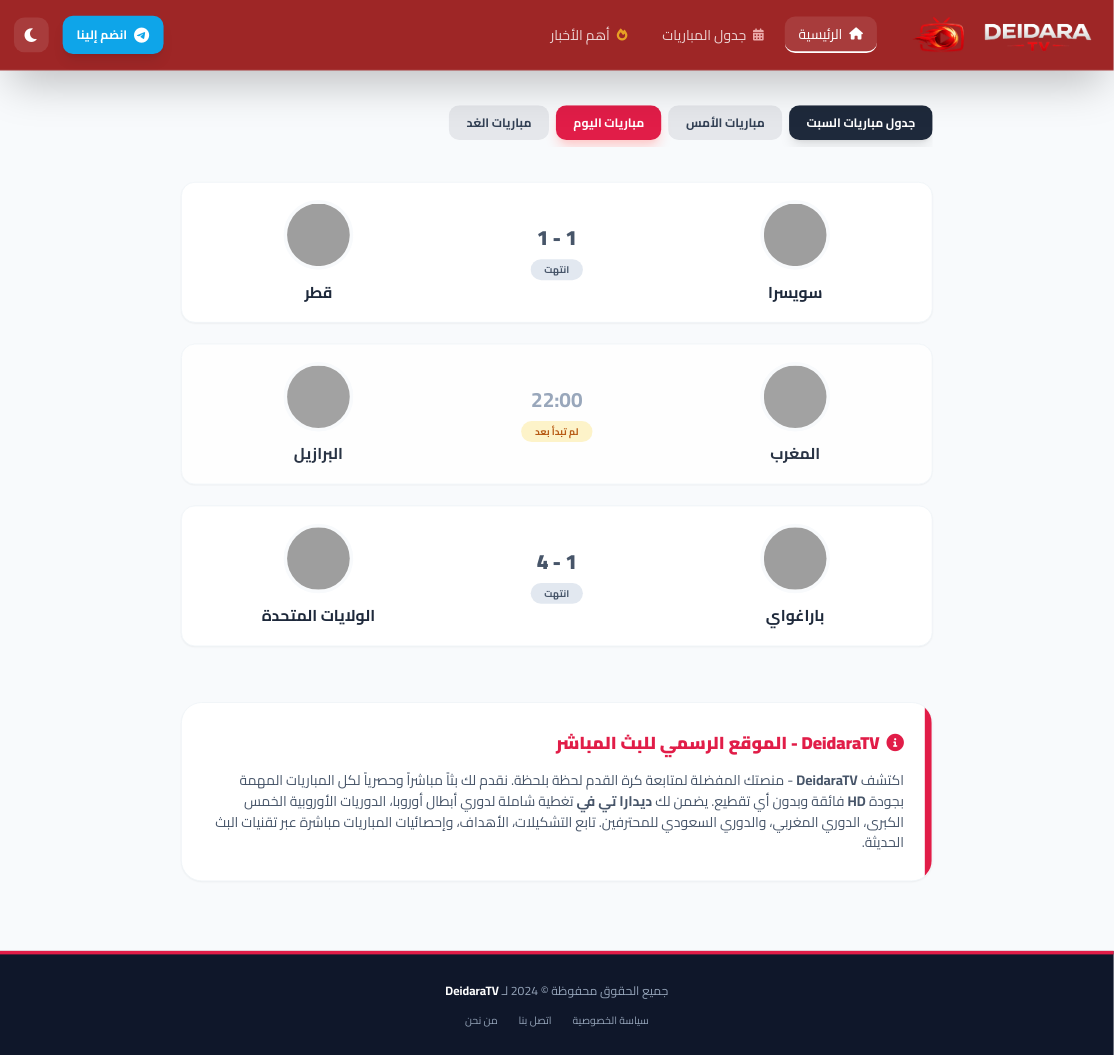
Repository: zakariax05/deidaraTV
Page: index.html
These files come from the project's save history. The page is drawn as it stood at one moment and after the next save; the edit follows.
The browser window is 1280 px wide. The pictures show the whole page, at 87% of full size.
Pictures or frames that could not be fetched are drawn as grey boxes. Some web libraries are served in a nearby version.

Above is the page before, as saved 2026-06-14 03:03:52.

### index.html
<!DOCTYPE html>
<html lang="ar" dir="rtl">

<head>
  <meta charset="UTF-8">
  <meta name="viewport" content="width=device-width, initial-scale=1.0">
  <title>DeidaraTV - ديدارا تي في | بث مباشر للمباريات</title>
  <script src="https://cdn.tailwindcss.com"></script>
  <link href="https://cdnjs.cloudflare.com/ajax/libs/font-awesome/6.0.0/css/all.min.css" rel="stylesheet">
  <style>
    @import url('https://fonts.googleapis.com/css2?family=Cairo:wght@400;600;700;900&display=swap');

    body {
      font-family: Cairo, sans-serif;
      background-color: #f8fafc;
    }

    .match-card {
      transition: all 0.3s ease;
    }

    .match-card:hover {
      box-shadow: 0 10px 20px -5px rgba(0, 0, 0, 0.1);
    }

    .bg-red-primary {
      background-color: #e11d48;
    }

    .text-red-primary {
      color: #e11d48;
    }

    .border-red-primary {
      border-color: #e11d48;
    }
  </style>
</head>

<body class="text-slate-800">

  <!-- Header / الهيدر -->
  <!-- الهيدر المطور للرئيسية - DeidaraTV -->
  <header
    class="bg-red-800 text-white shadow-2xl sticky top-0 z-[100] backdrop-blur-md bg-opacity-95 border-b border-white/10">
    <div class="container mx-auto px-4">
      <div class="flex justify-between items-center h-16 md:h-20">

        <!-- القسم الأيمن: الشعار والقائمة -->
        <div class="flex items-center gap-6 md:gap-10">
          <!-- اللوجو مع ميزة إعادة التحميل -->
          <div onclick="window.location.reload()"
            class="flex items-center gap-3 cursor-pointer group select-none transition-transform active:scale-95">
            <img src="imgs/caption logo.png" alt="DeidaraTV Logo Badge"
              class="h-8 md:h-11 w-auto object-contain transition-all">
            <img src="imgs/icon.png" alt="DeidaraTV Logo Badge"
              class="h-8 md:h-11 w-auto object-contain transition-all">

          </div>

          <!-- الروابط الأساسية (تظهر في الشاشات الكبيرة) -->
          <nav class="hidden lg:flex items-center gap-2">
            <a href="#"
              class="flex items-center gap-2 px-4 py-2 rounded-xl bg-white/10 hover:bg-white/20 transition-all border-b-2 border-white">
              <i class="fas fa-home text-sm"></i> الرئيسية
            </a>
            <a href="#"
              class="flex items-center gap-2 px-4 py-2 rounded-xl hover:bg-white/10 transition-all opacity-80 hover:opacity-100">
              <i class="fas fa-calendar-alt text-sm text-red-200"></i> جدول المباريات
            </a>
            <a href="#"
              class="flex items-center gap-2 px-4 py-2 rounded-xl hover:bg-white/10 transition-all opacity-80 hover:opacity-100">
              <i class="fas fa-fire text-sm text-amber-400"></i> أهم الأخبار
            </a>
          </nav>
        </div>

        <!-- القسم الأيسر: أيقونات التواصل والأدوات -->
        <div class="flex items-center gap-2 md:gap-4">

          <!-- زر تليجرام (مميز بلونه الخاص) -->
          <a href="#"
            class="bg-sky-500 hover:bg-sky-400 text-white p-2 md:px-4 md:py-2 rounded-xl transition-all shadow-lg flex items-center gap-2 font-bold text-sm">
            <i class="fab fa-telegram-plane text-lg"></i>
            <span class="hidden md:inline">انضم إلينا</span>
          </a>

          <!-- زر الوضع الليلي -->
          <button
            class="w-10 h-10 flex items-center justify-center rounded-xl bg-white/10 hover:bg-white/20 transition-colors">
            <i class="fas fa-moon text-lg"></i>
          </button>

          <!-- زر الموبايل -->
          <button class="lg:hidden w-10 h-10 flex items-center justify-center rounded-xl bg-white/10 hover:bg-white/20">
            <i class="fas fa-bars text-xl"></i>
          </button>
        </div>

      </div>
    </div>
  </header>

  <!-- Content / المحتوى الرئيسي -->
  <main class="container mx-auto px-4 max-w-4xl mt-10 pb-20">

    <!-- الأزرار العلوية -->
    <div class="flex flex-wrap justify-start gap-2 mb-10 overflow-x-auto pb-2">
      <button class="px-5 py-2.5 bg-slate-800 text-white rounded-xl text-sm font-bold whitespace-nowrap shadow-lg">جدول
        مباريات السبت</button>
      <button
        class="px-5 py-2.5 bg-gray-200 hover:bg-gray-300 text-slate-700 rounded-xl text-sm font-bold transition whitespace-nowrap">مباريات
        الأمس</button>
      <button
        class="px-5 py-2.5 bg-red-primary text-white rounded-xl text-sm font-bold shadow-lg shadow-red-200 whitespace-nowrap">مباريات
        اليوم</button>
      <button
        class="px-5 py-2.5 bg-gray-200 hover:bg-gray-300 text-slate-700 rounded-xl text-sm font-bold transition whitespace-nowrap">مباريات
        الغد</button>
    </div>

    <!-- قائمة المباريات -->
    <div class="space-y-6">

      <!-- مباراة مباشرة -->
      <div
        class="match-card bg-white rounded-2xl p-5 flex items-center justify-between border border-slate-100 shadow-sm">
        <div class="flex flex-col items-center w-1/3">
          <img src="https://flagcdn.com/w160/ch.png" alt="سويسرا"
            class="w-14 h-14 md:w-20 md:h-20 rounded-full object-cover border-4 border-slate-50 shadow-inner mb-3">
          <span class="font-bold text-sm md:text-lg">سويسرا</span>
        </div>

        <div class="flex flex-col items-center w-1/3">
          <div class="text-2xl font-black text-slate-600 mb-2">1 - 1</div>
          <span class="bg-slate-200 text-slate-600 text-[11px] px-4 py-1 rounded-full font-bold">انتهت</span>
        </div>

        <div class="flex flex-col items-center w-1/3">
          <img src="https://flagcdn.com/w160/qa.png" alt="قطر"
            class="w-14 h-14 md:w-20 md:h-20 rounded-full object-cover border-4 border-slate-50 shadow-inner mb-3">
          <span class="font-bold text-sm md:text-lg">قطر</span>
        </div>
      </div>

      <!-- مباراة المغرب (لم تبدأ) -->
      <!-- قمت بتغيير الـ div الأول إلى a وإضافة الرابط و cursor-pointer -->
      <a href="watching-page.html"
        class="match-card bg-white rounded-2xl p-5 flex items-center justify-between border border-slate-100 shadow-sm opacity-95 cursor-pointer hover:bg-slate-50 transition-all block">

        <!-- الفريق الأول -->
        <div class="flex flex-col items-center w-1/3">
          <img src="https://flagcdn.com/w160/ma.png" alt="المغرب"
            class="w-14 h-14 md:w-20 md:h-20 rounded-full object-cover border-4 border-slate-50 shadow-inner mb-3">
          <span class="font-bold text-sm md:text-lg text-slate-800">المغرب</span>
        </div>

        <!-- توقيت المباراة -->
        <div class="flex flex-col items-center w-1/3">
          <div class="text-2xl font-bold text-slate-400 mb-2">22:00</div>
          <span class="bg-amber-100 text-amber-700 text-[11px] px-4 py-1 rounded-full font-bold">لم تبدأ
            بعد</span>
        </div>

        <!-- الفريق الثاني -->
        <div class="flex flex-col items-center w-1/3">
          <img src="https://flagcdn.com/w160/br.png" alt="البرازيل"
            class="w-14 h-14 md:w-20 md:h-20 rounded-full object-cover border-4 border-slate-50 shadow-inner mb-3">
          <span class="font-bold text-sm md:text-lg text-slate-800">البرازيل</span>
        </div>
      </a>

      <!-- مباراة منتهية -->
      <div
        class="match-card bg-white rounded-2xl p-5 flex items-center justify-between border border-slate-100 shadow-sm bg-slate-50/50">
        <div class="flex flex-col items-center w-1/3">
          <img src="https://flagcdn.com/w160/py.png" alt="باراغواي"
            class="w-14 h-14 md:w-20 md:h-20 rounded-full object-cover border-4 border-slate-50 shadow-inner mb-3">
          <span class="font-bold text-sm md:text-lg">باراغواي</span>
        </div>

        <div class="flex flex-col items-center w-1/3">
          <div class="text-2xl font-black text-slate-600 mb-2">1 - 4</div>
          <span class="bg-slate-200 text-slate-600 text-[11px] px-4 py-1 rounded-full font-bold">انتهت</span>
        </div>

        <div class="flex flex-col items-center w-1/3">
          <img src="https://flagcdn.com/w160/us.png" alt="الولايات المتحدة"
            class="w-14 h-14 md:w-20 md:h-20 rounded-full object-cover border-4 border-slate-50 shadow-inner mb-3">
          <span class="font-bold text-sm md:text-lg">الولايات المتحدة</span>
        </div>
      </div>

    </div>

    <!-- SEO / قسم المعلومات -->
    <section
      class="mt-16 bg-white rounded-3xl p-8 border border-slate-100 shadow-sm leading-relaxed relative overflow-hidden">
      <div class="absolute top-0 right-0 w-2 h-full bg-red-primary"></div>
      <h2 class="text-red-primary font-black text-xl mb-4 flex items-center gap-2">
        <i class="fas fa-info-circle"></i> DeidaraTV - الموقع الرسمي للبث المباشر
      </h2>
      <p class="text-slate-600 text-sm md:text-base leading-8">
        اكتشف <strong>DeidaraTV</strong> - منصتك المفضلة لمتابعة كرة القدم لحظة بلحظة. نقدم لك بثاً مباشراً
        وحصرياً لكل المباريات المهمة بجودة <strong>HD</strong> فائقة وبدون أي تقطيع. يضمن لك <strong>ديدارا تي
          في</strong> تغطية شاملة لدوري أبطال أوروبا، الدوريات الأوروبية الخمس الكبرى، الدوري المغربي، والدوري
        السعودي للمحترفين. تابع التشكيلات، الأهداف، وإحصائيات المباريات مباشرة عبر تقنيات البث الحديثة.
      </p>
    </section>

  </main>

  <!-- Footer / الفوتر -->
  <footer class="bg-slate-900 text-slate-400 py-8 text-center border-t-4 border-red-primary">
    <div class="container mx-auto px-4">
      <p class="text-sm">جميع الحقوق محفوظة &copy; 2024 لـ <span class="text-white font-bold">DeidaraTV</span></p>
      <div class="flex justify-center gap-6 mt-4 text-xs">
        <a href="#" class="hover:text-white">سياسة الخصوصية</a>
        <a href="#" class="hover:text-white">اتصل بنا</a>
        <a href="#" class="hover:text-white">من نحن</a>
      </div>
    </div>
  </footer>

</body>

</html>

After the next save:
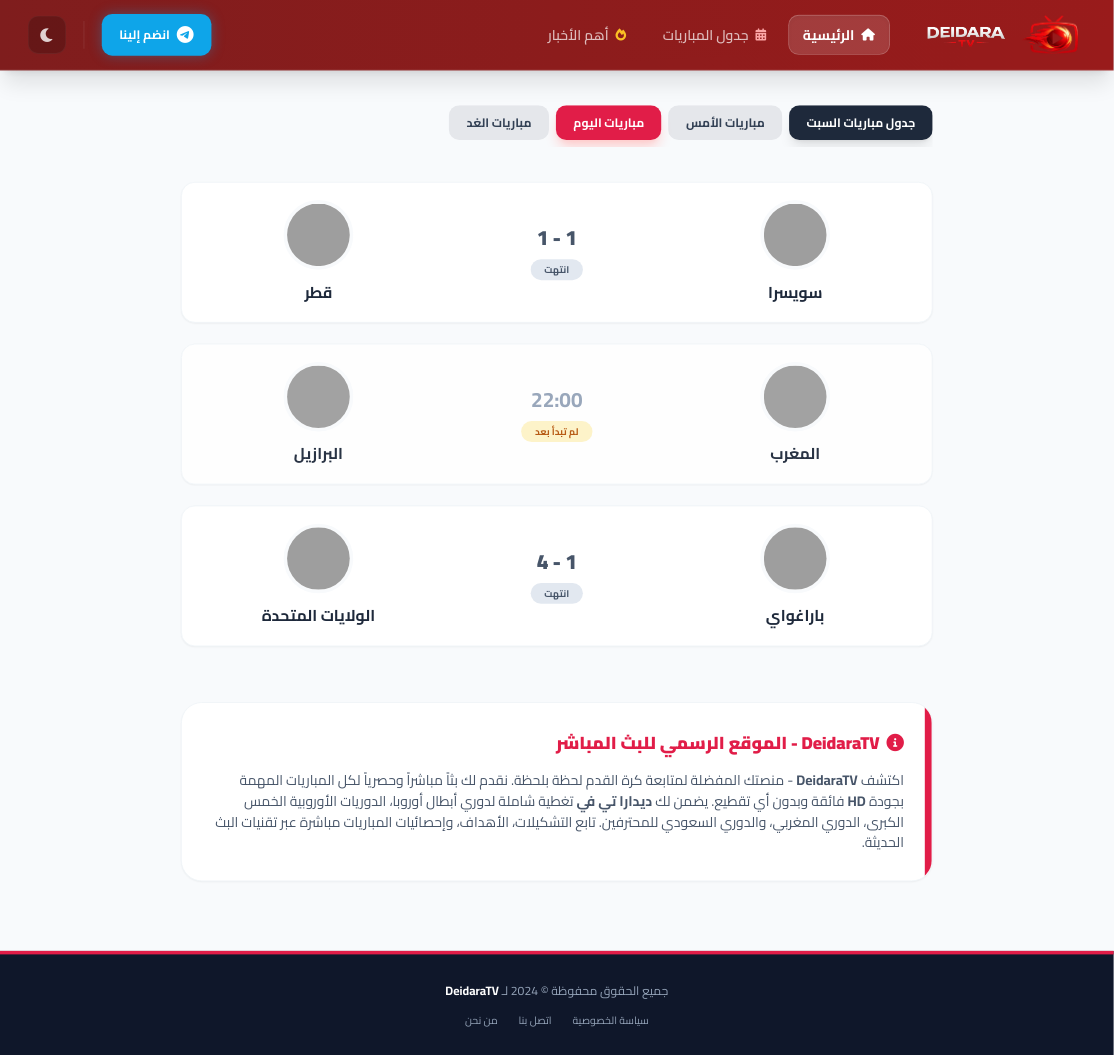
Saved 37 min 3 s later.
--- a/index.html
+++ b/index.html
@@ -42,57 +42,51 @@
   <!-- Header / الهيدر -->
   <!-- الهيدر المطور للرئيسية - DeidaraTV -->
   <header
-    class="bg-red-800 text-white shadow-2xl sticky top-0 z-[100] backdrop-blur-md bg-opacity-95 border-b border-white/10">
-    <div class="container mx-auto px-4">
-      <div class="flex justify-between items-center h-16 md:h-20">
-
-        <!-- القسم الأيمن: الشعار والقائمة -->
+    class="sticky top-0 z-[100] bg-gradient-to-l from-red-800 to-red-900 text-white shadow-xl backdrop-blur-lg bg-opacity-95 border-b border-white/10">
+    <div class="container mx-auto px-4 lg:px-8">
+      <div class="flex justify-between items-center h-16 md:h-20" dir="rtl">
+
         <div class="flex items-center gap-6 md:gap-10">
-          <!-- اللوجو مع ميزة إعادة التحميل -->
-          <div onclick="window.location.reload()"
-            class="flex items-center gap-3 cursor-pointer group select-none transition-transform active:scale-95">
-            <img src="imgs/caption logo.png" alt="DeidaraTV Logo Badge"
-              class="h-8 md:h-11 w-auto object-contain transition-all">
-            <img src="imgs/icon.png" alt="DeidaraTV Logo Badge"
-              class="h-8 md:h-11 w-auto object-contain transition-all">
-
+          <div onclick="window.location.reload()" class="flex items-center gap-3 cursor-pointer group select-none">
+            <img src="imgs/icon.png" alt="DeidaraTV Icon"
+              class="h-9 md:h-12 w-auto object-contain transition-transform duration-300 group-hover:scale-105 group-hover:-rotate-3">
+            <img src="imgs/caption logo.png" alt="DeidaraTV Text"
+              class="h-6 md:h-8 w-auto object-contain transition-opacity duration-300 group-hover:opacity-90 hidden sm:block">
           </div>
 
-          <!-- الروابط الأساسية (تظهر في الشاشات الكبيرة) -->
           <nav class="hidden lg:flex items-center gap-2">
             <a href="#"
-              class="flex items-center gap-2 px-4 py-2 rounded-xl bg-white/10 hover:bg-white/20 transition-all border-b-2 border-white">
+              class="flex items-center gap-2 px-4 py-2.5 rounded-xl bg-white/15 text-white font-bold transition-all border border-white/20 shadow-inner">
               <i class="fas fa-home text-sm"></i> الرئيسية
             </a>
             <a href="#"
-              class="flex items-center gap-2 px-4 py-2 rounded-xl hover:bg-white/10 transition-all opacity-80 hover:opacity-100">
-              <i class="fas fa-calendar-alt text-sm text-red-200"></i> جدول المباريات
+              class="flex items-center gap-2 px-4 py-2.5 rounded-xl text-white/70 hover:bg-white/10 hover:text-white transition-all font-semibold border border-transparent hover:border-white/10">
+              <i class="fas fa-calendar-alt text-sm text-red-300"></i> جدول المباريات
             </a>
             <a href="#"
-              class="flex items-center gap-2 px-4 py-2 rounded-xl hover:bg-white/10 transition-all opacity-80 hover:opacity-100">
+              class="flex items-center gap-2 px-4 py-2.5 rounded-xl text-white/70 hover:bg-white/10 hover:text-white transition-all font-semibold border border-transparent hover:border-white/10">
               <i class="fas fa-fire text-sm text-amber-400"></i> أهم الأخبار
             </a>
           </nav>
         </div>
 
-        <!-- القسم الأيسر: أيقونات التواصل والأدوات -->
-        <div class="flex items-center gap-2 md:gap-4">
-
-          <!-- زر تليجرام (مميز بلونه الخاص) -->
+        <div class="flex items-center gap-3 md:gap-4">
+
           <a href="#"
-            class="bg-sky-500 hover:bg-sky-400 text-white p-2 md:px-4 md:py-2 rounded-xl transition-all shadow-lg flex items-center gap-2 font-bold text-sm">
-            <i class="fab fa-telegram-plane text-lg"></i>
+            class="bg-sky-500 hover:bg-sky-400 text-white px-3 py-2 md:px-5 md:py-2.5 rounded-xl transition-all shadow-[0_0_15px_rgba(14,165,233,0.35)] hover:shadow-[0_0_20px_rgba(14,165,233,0.6)] hover:-translate-y-0.5 flex items-center gap-2 font-bold text-sm">
+            <i class="fab fa-telegram-plane text-lg md:text-xl"></i>
             <span class="hidden md:inline">انضم إلينا</span>
           </a>
 
-          <!-- زر الوضع الليلي -->
+          <div class="hidden md:block w-px h-8 bg-white/10 mx-1"></div>
+
           <button
-            class="w-10 h-10 flex items-center justify-center rounded-xl bg-white/10 hover:bg-white/20 transition-colors">
+            class="w-10 h-10 md:w-11 md:h-11 flex items-center justify-center rounded-xl bg-black/20 hover:bg-black/40 border border-white/5 transition-all text-white/80 hover:text-white">
             <i class="fas fa-moon text-lg"></i>
           </button>
 
-          <!-- زر الموبايل -->
-          <button class="lg:hidden w-10 h-10 flex items-center justify-center rounded-xl bg-white/10 hover:bg-white/20">
+          <button
+            class="lg:hidden w-10 h-10 flex items-center justify-center rounded-xl bg-black/20 hover:bg-black/40 border border-white/5 transition-all text-white/80 hover:text-white">
             <i class="fas fa-bars text-xl"></i>
           </button>
         </div>
